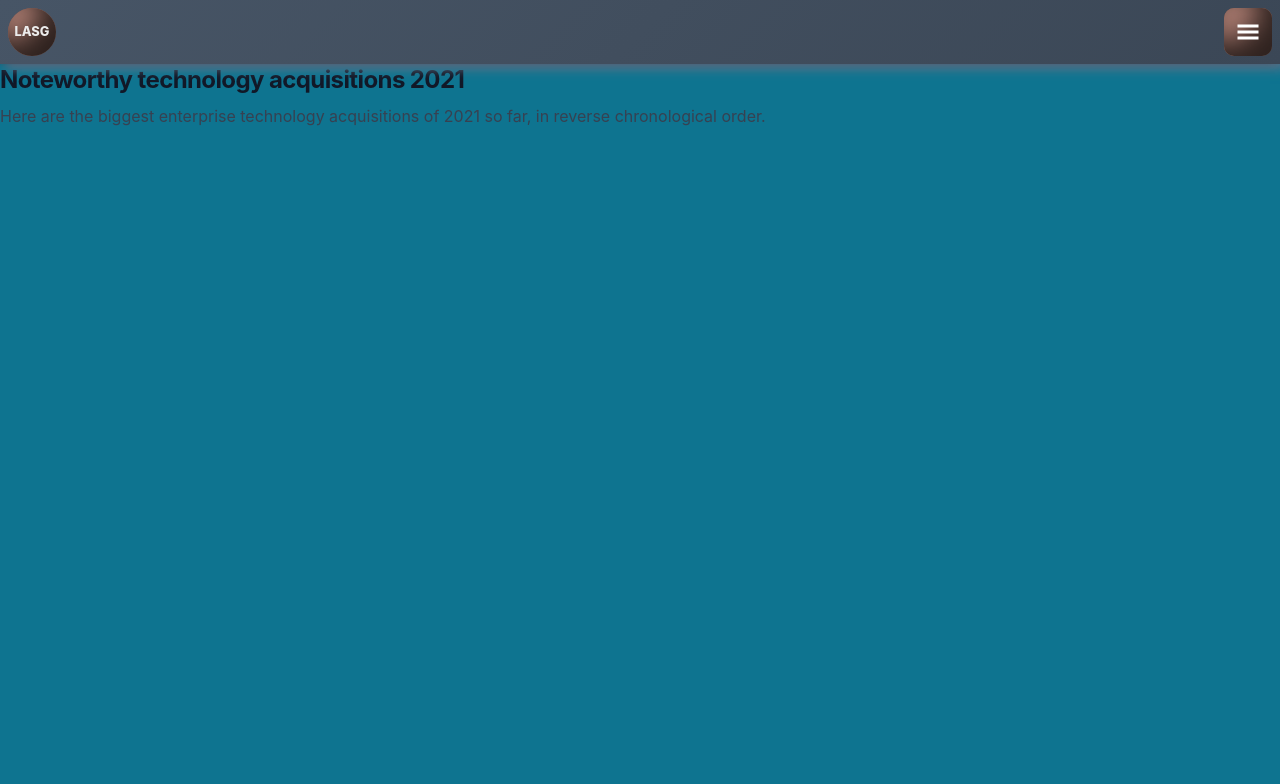
Repository: ShindanoSingi/LA-Swahili-Group
Page: /about (app in client/)
The author's editor kept a copy of each file at every save. The page is drawn from the files as they stood at one save, then again after a run of saves.
The browser window is 1280 px wide. The pictures show the whole page.
The project was rebuilt for these pictures with package versions that can differ from the ones it lists, and the page was loaded fresh each time. Also part of the build but not shown: client/src/pages/error/Error.css, client/src/pages/error/Error.js, client/src/pages/home/Home.js, client/src/pages/contact/Contact.js, client/src/pages/login/Login.js.

Above is the page before, as saved 2024-02-07 22:59:48.

### client/src/index.js
import React from 'react';
import ReactDOM from 'react-dom/client';
import './index.css';
import App from './App';
import reportWebVitals from './reportWebVitals';
import { Provider } from "react-redux";
import store from './redux/store';
import { BrowserRouter } from 'react-router-dom';


const root = ReactDOM.createRoot(document.getElementById('root'));
root.render(
  <Provider store={store}>
    <BrowserRouter>
    <App />
    </BrowserRouter>
  </Provider>
);

// If you want to start measuring performance in your app, pass a function
// to log results (for example: reportWebVitals(console.log))
// or send to an analytics endpoint. Learn more: https://bit.ly/CRA-vitals
reportWebVitals();

### client/src/index.css
@tailwind base;
@tailwind components;
@tailwind utilities;

:root{
  --primary: #424F5F;
  --secondary: #F3F3F3;
  --tertiary: #F4A261;
  --quaternary: #2A9D8F;
  --quinary: #E9C46A;

}

body {
  margin: 0;
  font-family: -apple-system, BlinkMacSystemFont, 'Segoe UI', 'Roboto', 'Oxygen',
    'Ubuntu', 'Cantarell', 'Fira Sans', 'Droid Sans', 'Helvetica Neue',
    sans-serif;
  -webkit-font-smoothing: antialiased;
  -moz-osx-font-smoothing: grayscale;
}

.container{
  max-height: 100vh;
  background-color: var(--primary);
}

.container {
  display: flex;
  justify-content: center;
  align-items: center;
  height: 100vh;
}

.logo{
  height: 100dvh;
}

### client/src/App.js
import Header from "./components/header/Header";
import Error from "./pages/error/Error";
import Home from "./pages/home/Home";
import { Routes, Route } from "react-router-dom";
import About from "./pages/about/About";
import Contact from "./pages/contact/Contact";
import Login from "./pages/login/Login";

function App() {
      return (
            <>
                  <Header />
                  <Routes>
                        <Route path="/" element={<Home />} />
                        <Route path="/about" element={<About />} />
                        <Route path="/contact" element={<Contact />} />
                        <Route path="/login" element={<Login />} />
                        <Route
                              path="/:rest*"
                              element={
                                    <h1>
                                          <Error />
                                    </h1>
                              }
                        />
                  </Routes>
            </>
      );
}

export default App;

### client/src/redux/store.js
import { configureStore } from "@reduxjs/toolkit";

import userReducer from "./userSlice";

const store = configureStore({
    reducer: {
        userReducer,
    },
});

export default store;

### client/src/components/header/Header.js
import React, { useState } from "react";
import "./Header.css";
import { GiHamburgerMenu } from "react-icons/gi";
import { Link } from "react-router-dom";

function Header() {
      const [show, setShow] = useState(false);

      return (
            <div className="header absolute top-0 w-full flex items-center justify-between p-2">
                  <div className="w-12 h-12 rounded-full text-[0.8rem] logo-button flex font-extrabold text-[#EBEBEB] justify-center items-center">
                        LASG
                  </div>
                  <div className="hambourger h-12 w-12 flex items-center justify-center">
                        <GiHamburgerMenu
                              className="text-[#FFFFFF] text-2xl"
                              onClick={() => setShow(!show)}
                        />
                  </div>
                  {show && (
                        <ul className="flex flex-col items-center p-2 top-[4.2rem] right-2 menu text-[#FFFFFF] absolute">
                              <Link to="/" onClick={() => setShow(!show)}>
                                    <li className="menu-item">Home</li>
                              </Link>
                              <Link to="/about" onClick={() => setShow(!show)}>
                                    <li className="menu-item">About</li>
                              </Link>
                              <Link
                                    to="/contact"
                                    onClick={() => setShow(!show)}
                              >
                                    <li className="menu-item">Contact</li>
                              </Link>
                              <Link to="/login" onClick={() => setShow(!show)}>
                                    <li className="menu-item">Login</li>
                              </Link>
                        </ul>
                  )}
            </div>
      );
}

export default Header;

### client/src/pages/about/About.js
import React from "react";

function About() {
      return (
            <div className="mt-[4rem] min-h-[100vh] bg-cyan-700">
                  <h5 class="mb-2 text-2xl font-bold tracking-tight text-gray-900 dark:text-white">
                        Noteworthy technology acquisitions 2021
                  </h5>
                  <p class="font-normal text-gray-700 dark:text-gray-400">
                        Here are the biggest enterprise technology acquisitions
                        of 2021 so far, in reverse chronological order.
                  </p>
            </div>
      );
}

export default About;

### client/src/redux/userSlice.js
import {createSlice} from '@reduxjs/toolkit';

const userSlice = createSlice({
    name: 'user',
    initialState: {
        user: null,
    },
    reducers: {
        setUser: (state, action) => {
            state.user = action.payload;
        },
    },
});

export const {setUser} = userSlice.actions;
export default userSlice.reducer;

### client/src/components/header/Header.css
.header {
    border-radius: 0px;
background: linear-gradient(315deg, #3b4756, #475566);
box-shadow:  -5px -5px 10px #262e37,
             5px 5px 10px #5e7087;
}

.logo-button {
    border-radius: 50%;
    background: #6E5049;
    box-shadow: inset -14px -14px 27px #2d211e, inset 14px 14px 27px #af7f74;
}

.hambourger {
    border-radius: 10px;
    background: #6E5049;
    box-shadow: inset -14px -14px 27px #2d211e, inset 14px 14px 27px #af7f74;
}

.menu {
    border-radius: 9px;
    background: #3E5F75;
    box-shadow: inset -5px -5px 10px #38556c, inset 5px 5px 10px #5885a8;
    padding: 0.5rem;
}

.menu-item{
    border-radius: 7px;
background: #486D8A;
box-shadow: inset -15px -15px 13px #2a3f50,
            inset 15px 15px 13px #669bc4;
            width: 5rem;
            text-align: center;
            margin: 0.2rem;
            padding: 0.2rem 0.5rem;
}

Loaded but not shown: client/public/index.html (common file); client/src/reportWebVitals.js (common file); client/tailwind.config.js (common file)

After the next 2 saves:
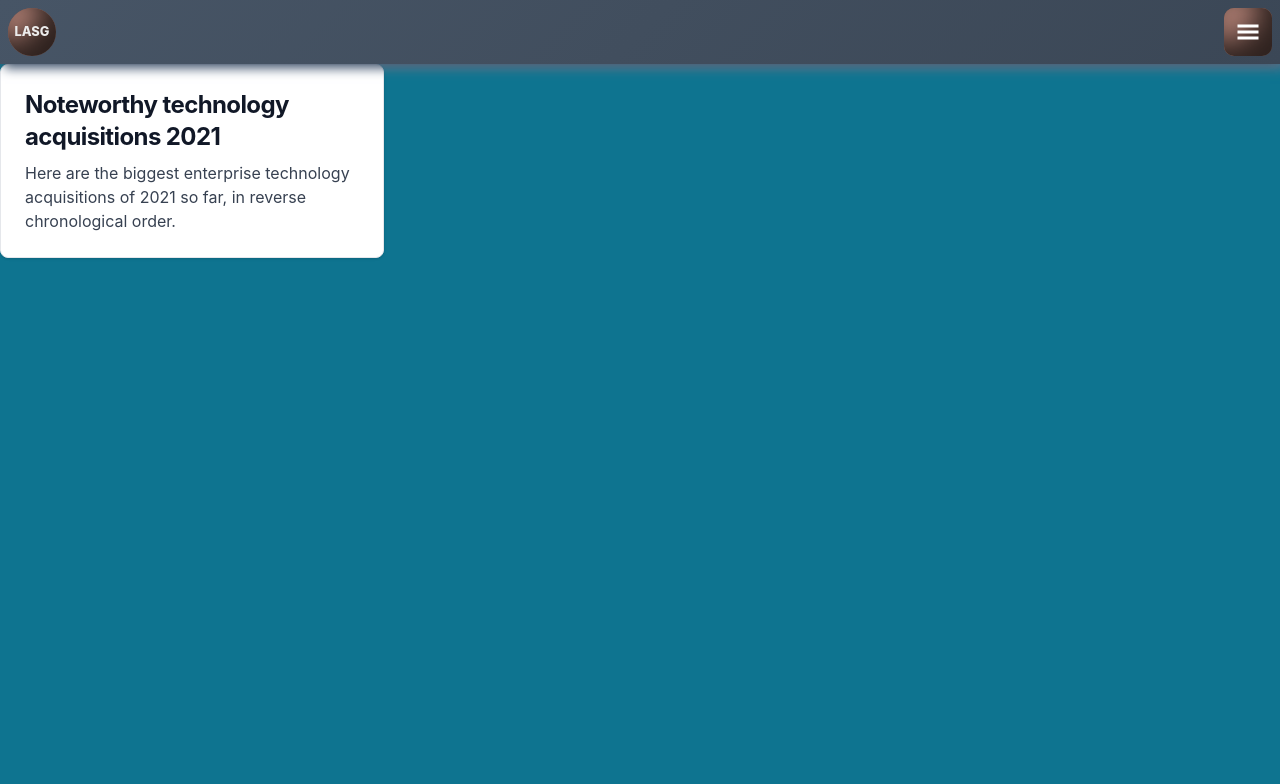
The 2 saves are shown as one change because they came seconds apart.
The last was saved 82 s later.
--- a/client/src/pages/about/About.js
+++ b/client/src/pages/about/About.js
@@ -1,17 +1,17 @@
-import React from "react";
+import React from 'react'
 
 function About() {
-      return (
-            <div className="mt-[4rem] min-h-[100vh] bg-cyan-700">
-                  <h5 class="mb-2 text-2xl font-bold tracking-tight text-gray-900 dark:text-white">
-                        Noteworthy technology acquisitions 2021
-                  </h5>
-                  <p class="font-normal text-gray-700 dark:text-gray-400">
-                        Here are the biggest enterprise technology acquisitions
-                        of 2021 so far, in reverse chronological order.
-                  </p>
-            </div>
-      );
+  return (
+    <div className='mt-[4rem] min-h-[100vh] bg-cyan-700'>
+
+<div className="block max-w-sm p-6 bg-white border border-gray-200 rounded-lg shadow hover:bg-gray-100 dark:bg-gray-800 dark:border-gray-700 dark:hover:bg-gray-700">
+
+<h5 className="mb-2 text-2xl font-bold tracking-tight text-gray-900 dark:text-white">Noteworthy technology acquisitions 2021</h5>
+<p className="font-normal text-gray-700 dark:text-gray-400">Here are the biggest enterprise technology acquisitions of 2021 so far, in reverse chronological order.</p>
+</div>
+
+    </div>
+  )
 }
 
-export default About;
+export default About
